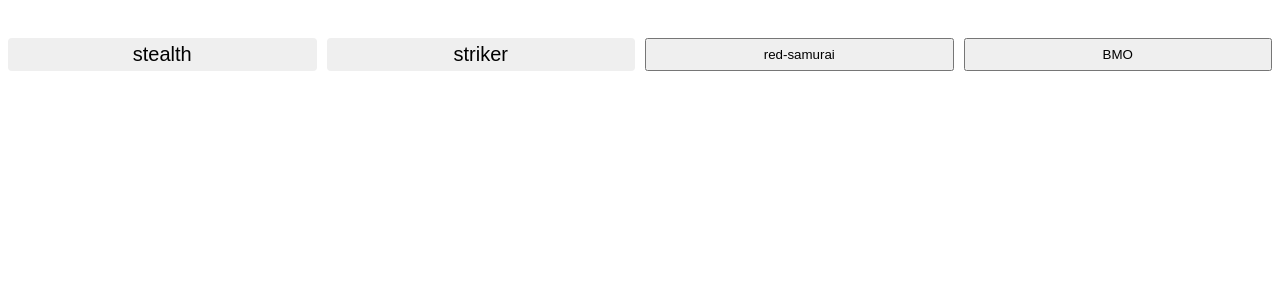
Repository: Lucid-art/Team-8-Project
Page: templates/theme.html
These files come from the project's save history. The page is drawn as it stood at one moment and after a run of saves; the edit follows.
The browser window is 1280 px wide. The pictures show the whole page.

Above is the page before, as saved 2021-06-09 16:41:51.
Console error: TypeError: Cannot read properties of null (reading 'workTime')

### templates/theme.html
<!DOCTYPE html>
<html lang="en">
<head>
    <meta charset="UTF-8">
    <meta http-equiv="X-UA-Compatible" content="IE=edge">
    <meta name="viewport" content="width=device-width, initial-scale=1.0">
    <title>Document</title>
    <link rel= "stylesheet" href = "/static/style.css">
</head>
<body>

    <div class="theme-buttons">
    <button id="stealth" class="button-stuff">stealth</button>
    <button id="striker"class="button-stuff"> striker </button>
    <button id="red-samurai"class="btn-toggle"> red-samurai </button>
    <button id="bmo"class="btn-toggle"> BMO </button>

    <!-- <button class="methol" onclick="methol()">BMO</button>
    <button class="striker" onclick="striker()">striker</button>
    <button class="red-samurai" onclick="redsamurai()">red samurai</button>
    <button class="sweden" onclick="myFunction()">sweden</button>
    <button class="bliss" onclick="myFunction()">bliss</button>
    <button class="pulse" onclick="myFunction()">pulse</button>
    <button class="metropolis" onclick="myFunction()">metropolis</button>
    <button class="stealth" onclick="myFunction()">stealth</button>
    <button class="aether" onclick="myFunction()">aether</button>
    <button class="darling" onclick="myFunction()">darling</button>
    <button class="cafe" onclick="myFunction()">cafe</button> -->

    </div>


<script src="/static/script.js"></script>
</body>
</html>

### static/style.css
body {
    --text-color: #000000;
    --bkg-color: #ffffff;
}

#main{
    display: inline;
    text-align: center;
}

hr {
    color: blue;
}

#wrap{
    text-align: center;
}


.body {
    margin: 0px;
    padding: 0px;
  }

.body
  .main-container {
    display: grid;
    place-content: center;
    margin: auto;
    width: 100%;
    max-width: 70%;
    height: 300px;
    background: var(--bkg-color);
    margin-top: 10px;
    border-radius: 5px;
    box-shadow: rgba(50, 50, 93, 0.25) 0px 6px 12px -2px, rgba(0, 0, 0, 0.3) 0px 3px 7px -3px;
  }
  .my-btns a{
      border: 1px solid whitesmoke;
      border-radius: 5px;
      text-decoration: none;
      color: whitesmoke;
      display: grid;
      place-content: center;
      width: 150px;
      background-color: transparent
  }
  .my-btns a:hover{
      background-color:whitesmoke;
      color: rgb(128, 128, 128);
  }

  .progBar{
      height: 20px;
      width: 95%;
  }

  input{
      border:none;
      box-shadow: rgba(60, 64, 67, 0.3) 0px 1px 2px 0px, rgba(60, 64, 67, 0.15) 0px 1px 3px 1px;
      border-radius: 3px;
      font-size: 0.9rem;
      outline: none;

  }

  .workDur{
      width: 140px;
  }
  .breakDur{
      width: 140px;
  }
  .taskDesc{
      width: 590px;
  }

  .item{
      height: 90px;
      width: 100%;
      max-width: 70%;
      box-shadow: rgba(60, 64, 67, 0.3) 0px 1px 2px 0px, rgba(60, 64, 67, 0.15) 0px 1px 3px 1px;
      border-radius: 5px;
      margin: auto;
      border-left: 6px solid #D9534F;

  }

/* New code*/

.theme-buttons {
    /*all the grid stuff*/
    display: grid;
    grid-template-columns: 1fr 1fr 1fr 1fr;
    grid-gap: 10px;
    /*transmation */
    transition:  .3s ease
}

.button-stuff {
    border-radius: 0.25rem;
    font-size: 20px;
    padding: 5px 60px;
    border: none;
    transition:  .3s ease;
    outline: none;
}

.button {
    border: none;
}

 body {
    background: var(--bkg-color);
    padding-bottom: 30px;
    padding-top: 30px;
}

body.stealth-theme {
    --text-color: #383e42;
    --bkg-color: #010203;
  }

  body.bmo-theme {
    --text-color: #124883;
    --bkg-color: #63bda4;
  }

  body.striker-theme {
    --text-color: #d6dbd9;
    --bkg-color: #124883;
  }

  body.red-samurai-theme {
    --text-color: #c79e6e;
    --bkg-color: #84202c;
  }
/*
.vaporwave {
    background-color: #a4a7ea;
    color:#e368da;
    border-radius: 0.25rem;
    font-size: 20px;
    padding: 5px 60px;
    border: none;
    transition:  .3s ease;
    outline: none;
}

.vaporwave:hover{
    transform: scale(1.2);
    -webkit-transform: scale(1.2);
    -ms-transform: scale(1.2);
}

.vaporwave-mode {
    background-color: #a4a7ea;
    color:#e368da;
}

.methol {
    background-color: #00c18c;
    color:#ffffff;    border-radius: 0.25rem;
    font-size: 20px;
    padding: 5px 60px;
    border: none;
    transition:  .3s ease
}

.methol:hover{
    transform: scale(1.2);
    -webkit-transform: scale(1.2);
    -ms-transform: scale(1.2);
}

.striker {
    background-color: #124883;
    color:#d6dbd9;    border-radius: 0.25rem;
    font-size: 20px;
    padding: 5px 60px;
    border: none;
    transition:  .3s ease
}

.striker:hover{
    transform: scale(1.2);
    -webkit-transform: scale(1.2);
    -ms-transform: scale(1.2);
}

.red-samurai {
    background-color: #84202c;
    color: #c79e6e;    border-radius: 0.25rem;
    font-size: 20px;
    padding: 5px 60px;
    border: none;
    transition:  .3s ease
}

.red-samurai:hover{
    transform: scale(1.2);
    -webkit-transform: scale(1.2);
    -ms-transform: scale(1.2);
}

.sweden {
    background-color: #0058a3;
    color: #ffcc02;   border-radius: 0.25rem;
    font-size: 20px;
    padding: 5px 60px;
    border: none;
    transition:  .3s ease
}

.sweden:hover{
    transform: scale(1.2);
    -webkit-transform: scale(1.2);
    -ms-transform: scale(1.2);
}

.bliss {
    background-color: #262727;
    color: #f0d3c9;    border-radius: 0.25rem;
    font-size: 20px;
    padding: 5px 60px;
    border: none;
    transition:  .3s ease
}

.bliss:hover{
    transform: scale(1.2);
    -webkit-transform: scale(1.2);
    -ms-transform: scale(1.2);
}

.pulse {
    background-color: #181818;
    color: #17b8bd;    border-radius: 0.25rem;
    font-size: 20px;
    padding: 5px 60px;
    border: none;
    transition:  .3s ease
}

.pulse:hover{
    transform: scale(1.2);
    -webkit-transform: scale(1.2);
    -ms-transform: scale(1.2);
}

.metropolis {
    background-color: #0f1f2c;
    color: #e368da;    border-radius: 0.25rem;
    font-size: 20px;
    padding: 5px 60px;
    border: none;
    transition:  .3s ease
}

.metropolis:hover{
    transform: scale(1.2);
    -webkit-transform: scale(1.2);
    -ms-transform: scale(1.2);
}

.stealth {
    background-color: #010203;
    color:#383e42;    border-radius: 0.25rem;
    font-size: 20px;
    padding: 5px 60px;
    border: none;
    transition:  .3s ease
}

.stealth:hover{
    transform: scale(1.2);
    -webkit-transform: scale(1.2);
    -ms-transform: scale(1.2);
}

.aether {
    background-color: #101820;
    color:#eedaea;    border-radius: 0.25rem;
    font-size: 20px;
    padding: 5px 60px;
    border: none;
    transition:  .3s ease
}

.aether:hover{
    transform: scale(1.2);
    -webkit-transform: scale(1.2);
    -ms-transform: scale(1.2);
}

.darling {
    background-color: #fec8cd;
    color: #ffffff;    border-radius: 0.25rem;
    font-size: 20px;
    padding: 5px 60px;
    border: none;
    transition:  .3s ease
}

.darling:hover{
    transform: scale(1.2);
    -webkit-transform: scale(1.2);
    -ms-transform: scale(1.2);
}

.cafe {
    background-color: #ceb18d;
    color:#14120f;    border-radius: 0.25rem;
    font-size: 20px;
    padding: 5px 60px;
    border: none;
    transition:  .3s ease
}

.cafe:hover{
    transform: scale(1.2);
    -webkit-transform: scale(1.2);
    -ms-transform: scale(1.2);
}
*/

*{
    box-sizing:border-box;
}

### static/script.js
const descForm = document.querySelector('.desc-form')
const myBtns = document.querySelector('.my-btns');
const errorMessage = document.querySelector('.error')
const remTime = document.querySelector('.remTime');
const notice = document.querySelector('.noticeBoard')

const completed = document.querySelector('.completed-list')

let workDuration = descForm.workTime.value;
let breakDuration = descForm.breakTime.value;
let shortDesc = descForm.shortDesc.value;
let timeRatio_of_progress = ((workDuration * 60)/100) * 1000;

descForm.workTime.addEventListener('keyup',e=>{
    errorMessage.classList.add('d-none')
    workDuration = e.target.value;
    workMinutes = workDuration - 1;
    timeRatio_of_progress = ((workDuration * 60)/100) * 1000;

})
descForm.breakTime.addEventListener('keyup',e=>{
    errorMessage.classList.add('d-none')
    breakDuration = e.target.value;
    breakMinutes = breakDuration - 1;

})
descForm.shortDesc.addEventListener('keyup',e=>{
    errorMessage.classList.add('d-none')
    shortDesc = e.target.value;
})



//Variables
let workMinutes  = workDuration -1;
let breakMinutes = breakDuration -1;
let timer1 = undefined
let timer2 = undefined
let breakcount = 0;
let seconds = 60;
let currentTime = undefined;
let EndTime = undefined;
let width = 0;




myBtns.addEventListener('click',(e)=>{
    if(e.target.classList.contains('start')){
        if(workDuration !== '0' && workDuration !==''){
            if(breakDuration !== '0' && breakDuration !== ''){
                if(shortDesc !== ''){
                    myIntervals();
                    disabling();
                    console.log(1)
                    myBtns.children[1].classList.remove('d-none')
                    myBtns.children[2].classList.add('d-none')
                    const checkCurrtime = new Date();
                    currentTime = checkCurrtime.toLocaleTimeString();
                }
                else{
                errorMessage.classList.remove('d-none')
                }
            }
            else{
            errorMessage.classList.remove('d-none')
            }
        }
        else{
            errorMessage.classList.remove('d-none')
        }

        }
    else if(e.target.classList.contains('pause')){
        clearInterval(timer1);
        clearInterval(timer2)
        myBtns.children[1].classList.add('d-none')
        myBtns.children[0].classList.remove('d-none')
    }
    else if(e.target.classList.contains('resume')){
        myIntervals();
        myBtns.children[0].classList.add('d-none')
        myBtns.children[1].classList.remove('d-none')
    }
    else if(e.target.classList.contains('stop')){
        myBtns.children[0].classList.add('d-none')
        myBtns.children[1].classList.add('d-none')
        myBtns.children[2].classList.remove('d-none')

        const checkEndtime = new Date();
        EndTime = checkEndtime.toLocaleTimeString();

        let html = `
        <div class="item my-4">
            <h5 class="px-4 mb-2 pt-3" style="color: green;">${shortDesc}</h5>
            <p class="px-4 fw-normal">${sessionTime()}</p>
        </div>     `
        completed.innerHTML += html
        clearAll();
    }

})




//fucntion, which is for showing the remaining time to user
let timeReamaining = () =>{
    seconds = seconds - 1;
    if(seconds === 0){
        workMinutes = workMinutes - 1;
        if(workMinutes === -1){
            if(breakcount % 2 === 0){
                workMinutes = breakMinutes;
                breakcount = breakcount + 1;
                notice.innerText = `(Break Time)`

            }else{
                width = 1;
                workMinutes = workDuration - 1;
                breakcount = breakcount + 1;
                notice.innerText = ' ';

        }
    }
        seconds = 59;
    }
//Here we are rendring the change in time on the timer screen
let html = `${workMinutes<10? `0${workMinutes}`:workMinutes}:${seconds<10? `0${seconds}`:seconds}`
remTime.innerText = html;
}


const progressBar1 = document.querySelector('.p1')
const progressBar2 = document.querySelector('.p2')
let increaseProgress = () =>{
    if(width === 100){
        progressBar1.style.width = 1 + '%'
        progressBar2.style.width = 1 + '%'
    }else{
        width ++;
        progressBar1.style.width = width + '%';
        progressBar2.style.width = width + '%';

    }

}

//fucntion to start time intervals
let myIntervals = () =>{
    timer1 = setInterval(timeReamaining,1000);
    timer2 = setInterval(increaseProgress,timeRatio_of_progress)
}

let disabling = () =>{
   descForm.workTime.disabled = true
   descForm.breakTime.disabled = true
   descForm.shortDesc.disabled = true
}
let enabling = () =>{
    descForm.workTime.disabled = false;
    descForm.breakTime.disabled = false;
    descForm.shortDesc.disabled = false;
    descForm.reset();
}

//function to reset all values
let clearAll = () =>{
    enabling();
    clearInterval(timer1)
    clearInterval(timer2)
    workMinutes = workDuration - 1;
    seconds = 60;
    breakMinutes = breakDuration - 1;
    shortDesc = ''
    progressBar1.style.width = 1 + '%'
    progressBar2.style.width = 1 + '%'
    remTime.textContent = `00:00`
    notice.textContent = '';
    width = 1

}

//fuction to show the starting and ending time
let sessionTime = () =>{
    return `Session was started at ${currentTime} and ended at ${EndTime}`
}

//theme page code

const stealth = document.querySelector("#stealth");
const striker = document.querySelector("#striker");
const redsamurai =  document.querySelector("#red-samurai");
const bmo =  document.querySelector("#bmo");


//where the code is saved to localstorage

const currentTheme = localStorage.getItem("theme");
if (currentTheme == "stealth") {
  document.body.classList.add("stealth-theme");
}else if (currentTheme == "striker") {
  document.body.classList.add("striker-theme");
}else if (currentTheme == "redsamurai") {
  document.body.classList.add("red-samurai-theme");
}else if (currentTheme == "bmo") {
  document.body.classList.add("bmo-theme");
}

stealth.addEventListener("click", function () {
  document.body.classList.toggle("stealth-theme"); //where the css id should go

  let theme = "light";
  if (document.body.classList.contains("stealth-theme")) {
    theme = "stealth";
  }
  localStorage.setItem("theme", theme);
});

//striker

striker.addEventListener("click", function () {
  document.body.classList.toggle("striker-theme");

  let theme = "light";
  if (document.body.classList.contains("striker-theme")) {
    theme = "striker";
  }
  localStorage.setItem("theme", theme);// this is pretty esentail <-- dislexia
});


//redsamurai

redsamurai.addEventListener("click", function () {
  document.body.classList.toggle("red-samurai-theme");

  let theme = "light";
  if (document.body.classList.contains("red-samurai-theme")) {
    theme = "redsamurai";
  }
  localStorage.setItem("theme", theme);
});

//BMO theme
bmo.addEventListener("click", function () {
  document.body.classList.toggle("bmo-theme");

  let theme = "light";
  if (document.body.classList.contains("bmo-theme")) {
    theme = "bmo";
  }
  localStorage.setItem("theme", theme);
});

After the next 12 saves:
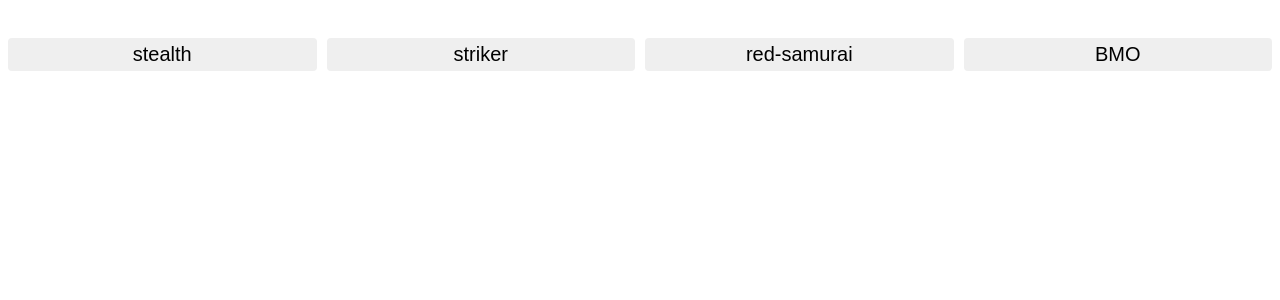
The 12 saves are shown as one change because they came seconds apart.
The last was saved 21 s later.
--- a/templates/theme.html
+++ b/templates/theme.html
@@ -11,9 +11,9 @@
 
     <div class="theme-buttons">
     <button id="stealth" class="button-stuff">stealth</button>
-    <button id="striker"class="button-stuff"> striker </button>
-    <button id="red-samurai"class="btn-toggle"> red-samurai </button>
-    <button id="bmo"class="btn-toggle"> BMO </button>
+    <button id="striker" class="button-stuff"> striker </button>
+    <button id="red-samurai" class="button-stuff"> red-samurai </button>
+    <button id="bmo" class="button-stuff"> BMO </button>
 
     <!-- <button class="methol" onclick="methol()">BMO</button>
     <button class="striker" onclick="striker()">striker</button>
